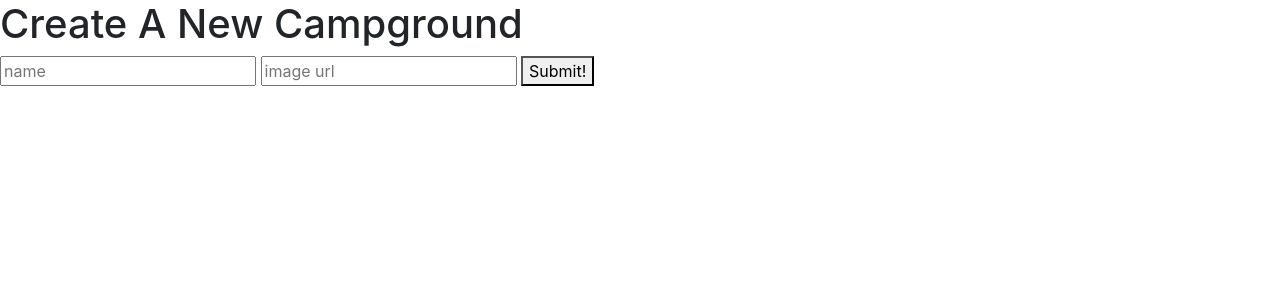
Repository: Youssef085/YelpCamp
Page: http://localhost/campgrounds/new
The author's editor kept a record of every edit. The page is drawn from the files as they stood at one moment, then again after the next edit.
The browser window is 1280 px wide. The pictures show the whole page.
The page is served by the project's Node server (app.js).

Above is the page before.

After the next edit:
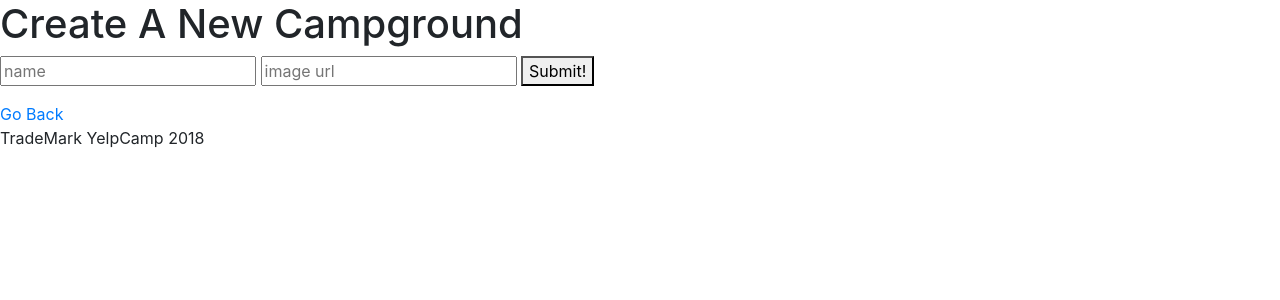
The edit:
--- a/views/new.ejs
+++ b/views/new.ejs
@@ -7,3 +7,7 @@
     <input type="text" name="image" placeholder="image url">
     <button>Submit!</button>
 </form>
+
+<a href="/campgrounds">Go Back</a>
+
+<% include partials/footer %>
